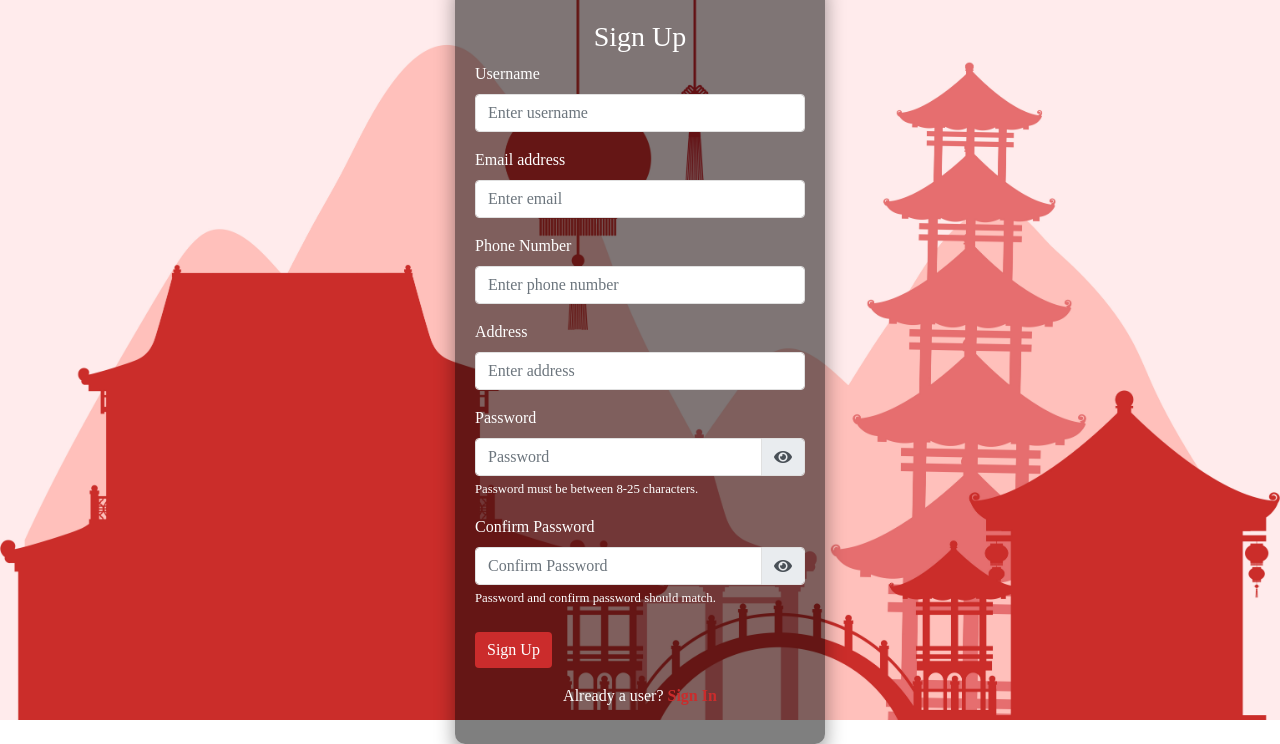
Repository: KARUPPAIYA77/Royal-Kitchen
Page: http://localhost/RoyalKitchen/signUp.jsp
These files come from the project's save history. The page is drawn as it stood at one moment and after the next save; the edit follows.
The browser window is 1280 px wide. The pictures show the whole page.
Some web libraries are served in a nearby version. The page is served by Tomcat 9. Other server files are loaded and not shown.

Above is the page before, as saved 2025-03-04 06:41:45.

### RoyalKitchen/src/main/webapp/signUp.jsp

<%@ page contentType="text/html;charset=UTF-8" language="java"%>
<!DOCTYPE html>
<html lang="en">
<head>
<!--
    The character encoding for the HTML document
    <p>Sets the character encoding for the HTML document to UTF-8</p>
    -->
<meta charset="UTF-8">

<!--
    The viewport meta tag controls the layout on mobile browsers.
    <p>Ensures proper rendering and touch zooming for mobile devices</p>
    -->
<meta name="viewport" content="width=device-width, initial-scale=1.0">

<!--
    Favicon link
    <p>Specifies the icon to be used in the browser tab and bookmarks</p>
    -->
<link rel="icon" href="admin/styles/images/favicon.png" type="image/png">
<link
	href="https://cdnjs.cloudflare.com/ajax/libs/font-awesome/5.15.3/css/all.min.css"
	rel="stylesheet">

<!--
    The title of the document
    <p>Displayed on the browser tab</p>
    -->
<title>Sign Up</title>

<!--
    Link to the Bootstrap CSS file
    <p>Includes Bootstrap for styling</p>
    -->
<link
	href="https://stackpath.bootstrapcdn.com/bootstrap/4.5.2/css/bootstrap.min.css"
	rel="stylesheet">

<!--
    Link to the custom stylesheet
    <p>Includes custom styles</p>
    -->
<link rel="stylesheet" href="admin/styles/style.css">
</head>
<body>
	<!--
    Background and container setup
    <p>Centers the sign-up form on the page with a background</p>
    -->
	<div class="bg">
		<div
			class="container d-flex justify-content-center align-items-center my-5">
			<div class="glass-effect col-10 col-md-8 col-lg-6 col-xl-4">
				<!--
                The heading of the sign-up form
                <p>Displayed as the form title</p>
                -->
				<h3 class="text-center mt-4">Sign Up</h3>

				<!--
                The sign-up form
                <p>Collects user details for signing up</p>
                -->
				<form action="signUp" method="post">
    <!-- Username -->
    <div class="form-group">
        <label for="username">Username</label>
        <input type="text" class="form-control" id="username" name="username" placeholder="Enter username" required>
    </div>

    <!-- Email -->
    <div class="form-group">
        <label for="email">Email address</label>
        <input type="email" class="form-control" id="email" name="email" placeholder="Enter email" required>
    </div>

    <!-- Phone Number -->
    <div class="form-group">
        <label for="phonenumber">Phone Number</label>
        <input type="text" class="form-control" id="phonenumber" name="phonenumber" placeholder="Enter phone number" required>
    </div>

    <!-- Address -->
    <div class="form-group">
        <label for="address">Address</label>
        <input type="text" class="form-control" id="address" name="address" placeholder="Enter address" required>
    </div>

    <!-- Password -->
    <div class="form-group">
        <label for="password">Password</label>
        <div class="input-group">
            <input type="password" class="form-control" id="password" name="password" placeholder="Password" required>
            <div class="input-group-append">
                <span class="input-group-text form-control" id="toggle-password" data-toggle="password" data-target="password" style="cursor: pointer;">
                    <i class="fas fa-eye"></i>
                </span>
            </div>
        </div>
        <small class="form-text text-black">Password must be between 8-25 characters.</small>
    </div>

    <!-- Confirm Password -->
    <div class="form-group">
        <label for="confirm-password">Confirm Password</label>
        <div class="input-group">
            <input type="password" class="form-control" id="confirm-password" name="confirmpassword" placeholder="Confirm Password" required>
            <div class="input-group-append">
                <span class="input-group-text form-control" id="toggle-confirm-password" data-toggle="password" data-target="confirm-password" style="cursor: pointer;">
                    <i class="fas fa-eye"></i>
                </span>
            </div>
        </div>
        <small class="form-text text-black">Password and confirm password should match.</small>
    </div>

    <!-- Submit Button -->
    <button type="submit" class="btn btn-danger mt-2">Sign Up</button>
</form>


				<!--
                Link to the sign-in page
                <p>Provides an option for existing users to sign in</p>
                -->
				<p class="text-center mt-3">
					Already a user? <a href="signIn.jsp" class="sign-link">Sign In</a>
				</p>
			</div>
		</div>
	</div>

	<!--
    jQuery library
    <p>Includes the jQuery library for JavaScript functionality</p>
    -->
	<script type="text/javascript" src="admin/styles/password.js"></script>
	<script src="https://code.jquery.com/jquery-3.5.1.slim.min.js"></script>

	<!--
    Popper.js library
    <p>Includes the Popper.js library for positioning tooltips and popovers</p>
    -->
	<script
		src="https://cdn.jsdelivr.net/npm/@popperjs/core@2.5.4/dist/umd/popper.min.js"></script>

	<!--
    Bootstrap JavaScript library
    <p>Includes the Bootstrap JavaScript library for interactive components</p>
    -->
	<script
		src="https://stackpath.bootstrapcdn.com/bootstrap/4.5.2/js/bootstrap.min.js"></script>
</body>
</html>

### RoyalKitchen/src/main/webapp/admin/styles/style.css

@charset "UTF-8";

/**
 * Import Color Variables
 * <p>
 * This statement imports the color variables defined in the 'colors.css' file.
 * These variables are used throughout the stylesheet to ensure consistent color usage
 * and facilitate easy updates to the color scheme.
 * </p>
 */
@import url('colors.css');

/**
 * Global Styles
 * <p>
 * Sets basic styling for the body and html elements, including full height, zero margin,
 * and a custom font family.
 * </p>
 */
body, html {
	height: 100%;
	margin: 0;
	font-family: 'Poiret One', cursive;
}

/**
 * Background and Glass Effect
 * <p>
 * Styles for the background image and glass effect container. The background is set
 * to cover the entire viewport, and the glass effect uses a backdrop filter to create
 * a frosted glass appearance with a shadow for depth.
 * </p>
 */
.bg {
	background-image: url('images/userbg.jpg');
	height: 100%;
	background-position: center;
	background-repeat: no-repeat;
	background-size: cover;
	display: flex;
	justify-content: center;
	align-items: center;
}

.admin {
	background-image: url('images/adminbg.jpg');
	height: 100%;
	background-position: center;
	background-repeat: no-repeat;
	background-size: cover;
	display: flex;
	justify-content: center;
	align-items: center;
}

.glass-effect {
	background: rgba(255, 255, 255, 0.2);
	/* Light background with opacity for dimming */
	border-radius: 10px;
	padding: 20px;
	box-shadow: 0 10px 20px rgba(0, 0, 0, 0.4);
	/* Enhanced shadow effect */
	background-color: rgba(0, 0, 0, 0.5);
	/* Darker background for dimming effect */
	color: white; /* Ensures text is readable on the dark background */
}

/**
 * Form Control Styles
 * <p>
 * Styles for form controls including border colors and focus states. Utilizes primary
 * color variables for consistent theming.
 * </p>
 */
.form-control {
	border-color: var(--color-light-gray);
}

.form-control:focus {
	border-color: var(--color-light-gray);
	box-shadow: 0 0 0 0.2rem var(--rgba-primary);
	/* Use variable for rgba shadow */
}

/**
 * Button Styles
 * <p>
 * Defines styles for buttons, including default and hover states. Uses primary colors
 * and adjusts padding, border radius, and background color on hover.
 * </p>
 */
button {
	background-color: var(--color-primary);
	border: none;
	color: #fff;
	padding: 10px 20px;
	border-radius: 5px;
}

button:hover {
	background-color: var(--color-muted);
}

/**
 * Danger Button Styles
 * <p>
 * Styles for buttons with the 'btn-danger' class, including default and hover states.
 * </p>
 */
.btn-danger {
	background-color: var(--color-primary);
	border: none;
}

.btn-danger:hover {
	background-color: var(--color-hover);
}

/**
 * Sign Link Styles
 * <p>
 * Styles for sign-up and sign-in links, including default and hover states. Links
 * are styled to match the primary color with bold text and underline on hover.
 * </p>
 */
.sign-link {
	color: var(--color-primary);
	font-weight: bold;
	text-decoration: none;
}

.sign-link:hover {
	color: var(--color-primary);
	font-weight: bold;
	text-decoration: underline;
}

/**
 * Button Focus Styles
 * <p>
 * Removes the default box shadow on button focus to prevent
 * the default outline appearance and ensure a clean, consistent look.
 * </p>
 */
button:focus {
	box-shadow: none !important;
}

a:focus {
	box-shadow: none !important;
}

.logout-btn {
	position: absolute;
	top: 20px;
	right: 20px;
	z-index: 1000;
}

@media ( min-width : 992px) {
	/* Bootstrap's lg breakpoint starts at 992px */
	.custom-styles {
		margin-left: 1rem; /* Adjust to your desired value */
		box-shadow: 0 10px 20px rgba(0, 0, 0, 0.6);
	}
}

### RoyalKitchen/src/main/webapp/admin/styles/password.js

/**
 * Password Visibility Toggle
 * <p>
 * This script toggles the visibility of password fields when a user clicks on
 * the associated toggle icon. It changes the type attribute of the password
 * field between 'password' and 'text', and updates the icon class to reflect
 * the current state (eye or eye-slash).
 * </p>
 */
document.addEventListener('DOMContentLoaded', function () {
    var passwordToggles = document.querySelectorAll('[data-toggle="password"]');

    passwordToggles.forEach(function (toggle) {
        toggle.addEventListener('click', function () {
            var targetId = toggle.getAttribute('data-target');
            var passwordField = document.getElementById(targetId);
            var icon = toggle.querySelector('i');

            // Toggle the type attribute
            if (passwordField.type === 'password') {
                passwordField.type = 'text';
                icon.classList.remove('fa-eye');
                icon.classList.add('fa-eye-slash');
            } else {
                passwordField.type = 'password';
                icon.classList.remove('fa-eye-slash');
                icon.classList.add('fa-eye');
            }
        });
    });
});

### RoyalKitchen/src/main/webapp/admin/styles/colors.css

@charset "UTF-8";

/**
 * CSS Variables for colors.
 * <p>
 * This file contains all the color variables used throughout the project.
 * Colors are defined for various UI elements, including primary, secondary, and additional colors.
 * RGBA values are also included for shadows and overlays.
 * </p>
 */

/* Solid Colors */
:root {
	--color-primary: #cb2c2c;
	--color-hover: #e66e6f;
	--color-secondary: #e36c6c;
	--color-tertiary: #fbbbbb;
	--color-light: #fbebeb;
	--color-muted: #ec8c8a;
	--color-background: #fbc4bd;
	--color-accent: #f6aaa6;
	--color-dark: #d75c6d;
	--color-highlight: #facbcc;
	--color-overlay: #ecd4d4;

	--color-light-green: #e8f5e9;
	--color-light-green-hover: #d0f0c0;
	--color-light-blue: #add8e6;
	--color-light-coral: #f08080;
	--color-light-coral-hover: #f6aaa6;
	--color-dark-text: #333;
	--color-light-gray: #e0e0e0;

	--rgba-black-full: rgba(0, 0, 0, 1);
	--rgba-shadow-light: rgba(0, 0, 0, 0.1);
	--rgba-shadow-dark: rgba(0, 0, 0, 0.2);
}

After the next save:
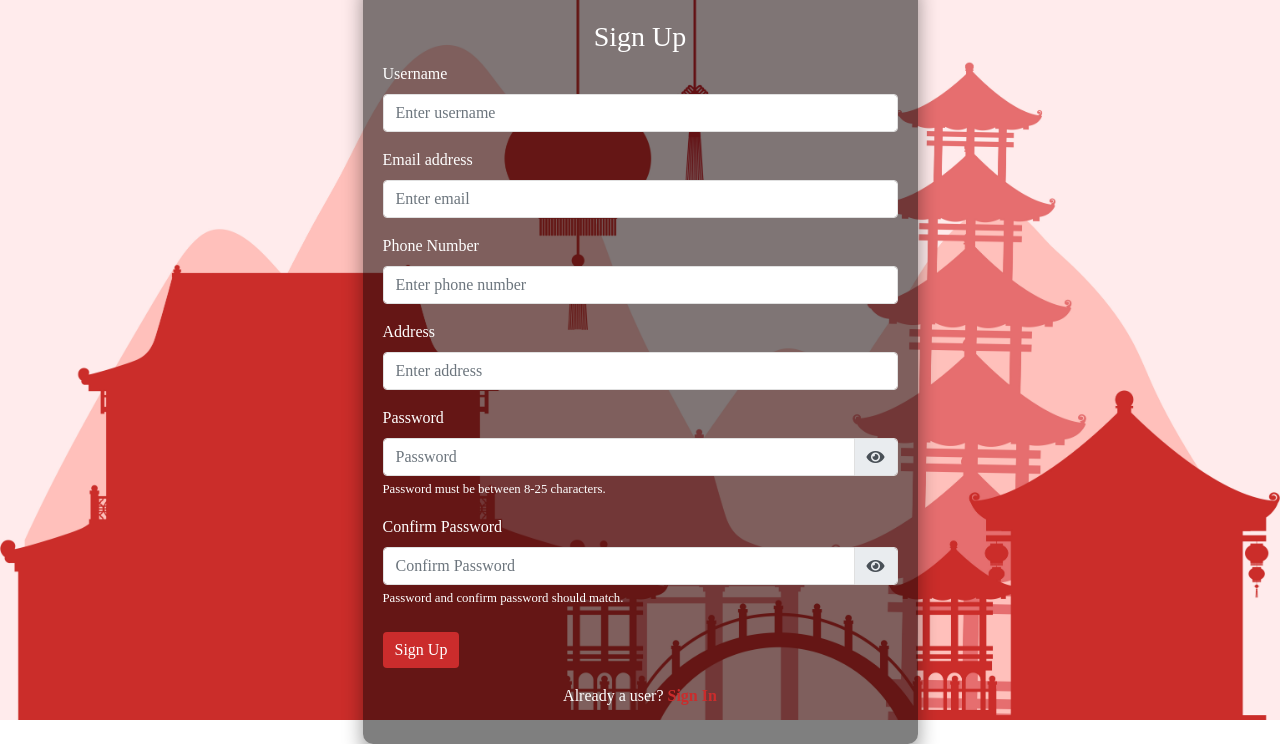
Saved 7 min 46 s later.
--- a/RoyalKitchen/src/main/webapp/signUp.jsp
+++ b/RoyalKitchen/src/main/webapp/signUp.jsp
@@ -52,7 +52,8 @@
 	<div class="bg">
 		<div
 			class="container d-flex justify-content-center align-items-center my-5">
-			<div class="glass-effect col-10 col-md-8 col-lg-6 col-xl-4">
+			<div class="glass-effect col-12 col-md-8 col-lg-6">
+
 				<!--
                 The heading of the sign-up form
                 <p>Displayed as the form title</p>

After the save that followed:
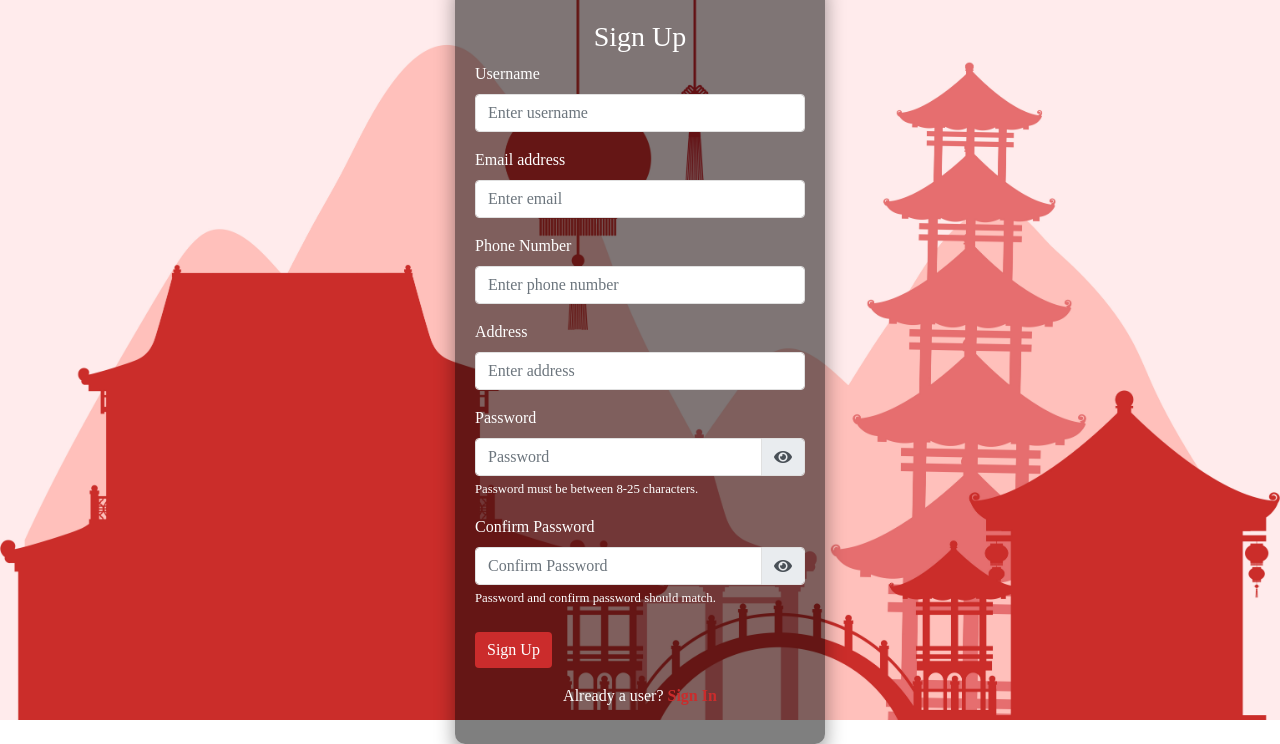
Saved 14 s later.
--- a/RoyalKitchen/src/main/webapp/signUp.jsp
+++ b/RoyalKitchen/src/main/webapp/signUp.jsp
@@ -52,8 +52,7 @@
 	<div class="bg">
 		<div
 			class="container d-flex justify-content-center align-items-center my-5">
-			<div class="glass-effect col-12 col-md-8 col-lg-6">
-
+			<div class="glass-effect col-10 col-md-8 col-lg-6 col-xl-4">
 				<!--
                 The heading of the sign-up form
                 <p>Displayed as the form title</p>
